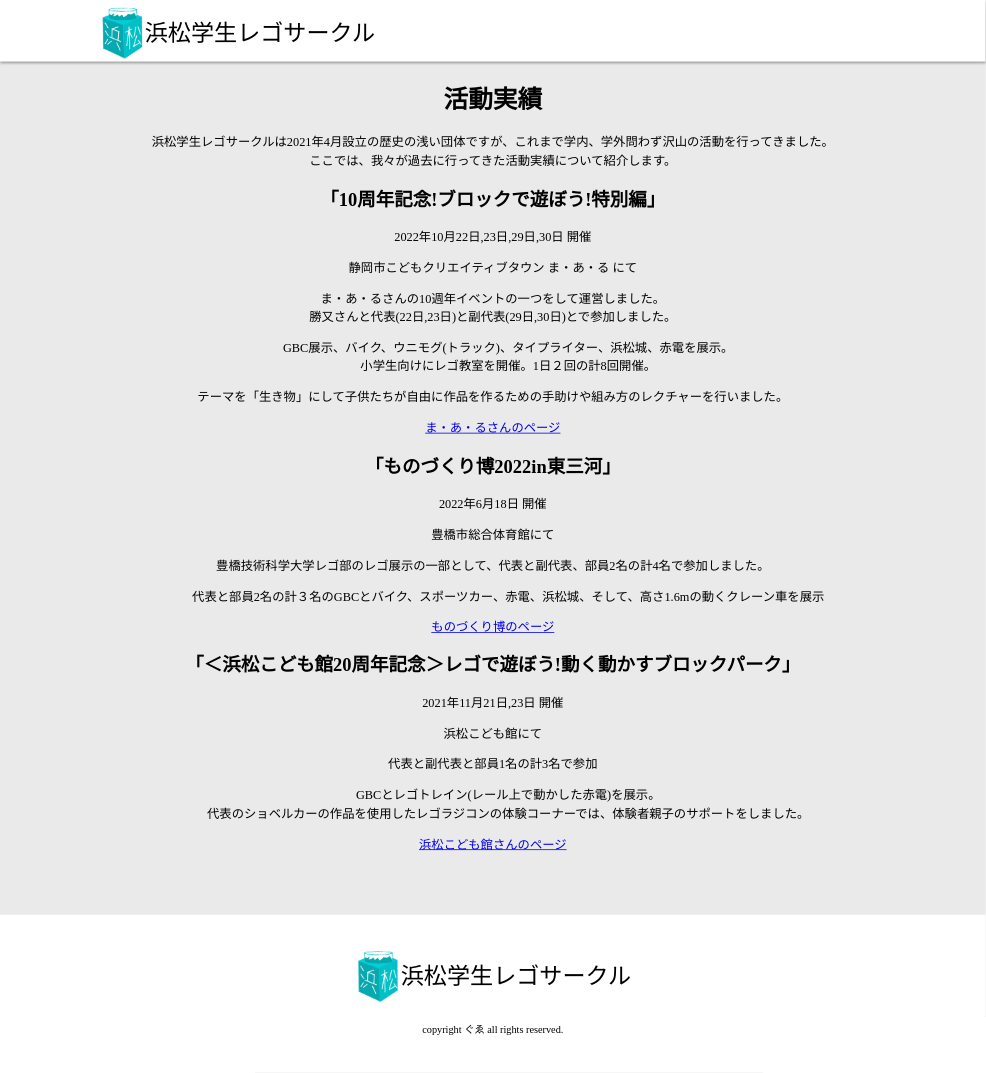
Repository: ghevp/LEGO-club
Page: http://localhost/?page=achievement
The author's editor kept a copy of each file at every save. The page is drawn from the files as they stood at one save, then again after a run of saves.
The browser window is 1280 px wide. The pictures show the whole page, at 77% of full size.
Some web fonts or font styles are not loaded; a fallback is used. The page is run by PHP 8.4 with error messages shown; the project is at /var/www/html/.

Above is the page before, as saved 2022-11-26 23:08:57.

### index.php
<!DOCTYPE html>
<html lang="ja">
<?php
if (isset($_GET['page'])) {
    $page = $_GET['page'];
};
if (isset($page)) {
} else {
    $page = "home";
};
$title = array(
    'home' => "ホーム",
    'about_us' => "弊サークルについて",
    'event' => "イベント",
    'enword' => "英語",
    'policy' => "ポリシー",
    'achievement' => "活動実績",
    'works' => "作品紹介"
);

$c = 0;
$x = 0;
$y = 0;
$t = 0;
?>

<head>
    <script async src="https://pagead2.googlesyndication.com/pagead/js/adsbygoogle.js?client=ca-pub-6911517647778874" crossorigin="anonymous"></script>
    <meta charset="UTF-8">
    <!-- Global site tag (gtag.js) - Google Analytics -->

    </script>
    <meta name="author" content="ぐゑ">
    <meta name="twitter:card" content="summary_large_image">
    <meta name="twitter:site" content="@ghevp">
    <meta property="og:url" content="https://shizudailego.com">
    <meta property="og:title" content="浜松学生レゴサークル">
    <meta name="og:description" content="浜松を中心に活動している学生主体のレゴサークルです！！">
    <<link rel="preconnect" href="https://fonts.googleapis.com">
        <link rel="preconnect" href="https://fonts.gstatic.com" crossorigin>
        <link href="https://fonts.googleapis.com/css2?family=Noto+Serif+JP:wght@500&family=Sawarabi+Gothic&family=Shippori+Mincho+B1:wght@800&family=Yuji+Syuku&display=swap" rel="stylesheet">
        <link rel="icon" href="img/logo.png" type="image/x-icon">
        <meta name="viewport" content="width=device-width,initial-scale=1.0,minimum-scale=1.0">
        <link rel="preconnect" href="https://fonts.googleapis.com">
        <link rel="preconnect" href="https://fonts.gstatic.com" crossorigin>
        <link href="https://fonts.googleapis.com/css2?family=M+PLUS+Rounded+1c&display=swap" rel="stylesheet">
        <meta name="viewport" content="width=device-width,initial-scale=1.0,minimum-scale=1.0">
        <link rel="preconnect" href="https://fonts.googleapis.com">
        <link rel="preconnect" href="https://fonts.gstatic.com" crossorigin>
        <link href="https://fonts.googleapis.com/css2?family=Kosugi&display=swap" rel="stylesheet">
        <link rel="stylesheet" href="css/style.css">
        <!--後でphpのif文の作成-->
        <title>
            <?php
            if (isset($title) == "") {
                echo "浜松学生レゴサークル";
            } else {
                echo "" . $title[$page] . " - 浜松学生レゴサークル";
            }
            ?>
        </title>

<body style="margin: 0;">
    <?php


    include('page/' . $page . ".php");




    ?>
    <header class="header">
        <div class="header_inner">
            <img src="img/logo.png">
            <a href="?page=home">浜松学生レゴサークル</a>
        </div>
    </header>
    <footer class="footer">
        <div class="footer_inner">
            <img src="img/logo.png">
            <a href="?page=home">浜松学生レゴサークル</a>
        </div>
        <div class="copyright">
            <p><small>copyright <a href="https://ghevp.com">ぐゑ</a> all rights reserved.</small><br></p>
        </div>
    </footer>
</body>

### page/achievement.php
<main class="main">
    <div class="achievement">
        <h1>活動実績</h1>
        <p>浜松学生レゴサークルは2021年4月設立の歴史の浅い団体ですが、これまで学内、学外問わず沢山の活動を行ってきました。<br>
            ここでは、我々が過去に行ってきた活動実績について紹介します。</p>
        <div class="one_of_achievement">
            <h2></h2>
            <h2>「10周年記念!ブロックで遊ぼう!特別編」</h2>
            <p class="date">2022年10月22日,23日,29日,30日 開催</p>
            <p>静岡市こどもクリエイティブタウン ま・あ・る にて</p>
            <p>ま・あ・るさんの10週年イベントの一つをして運営しました。<br>
                勝又さんと代表(22日,23日)と副代表(29日,30日)とで参加しました。<br>
            <ul>
                <li>GBC展示、バイク、ウニモグ(トラック)、タイプライター、浜松城、赤電を展示。</li>
                <li>小学生向けにレゴ教室を開催。1日２回の計8回開催。</li>
            </ul>
            テーマを「生き物」にして子供たちが自由に作品を作るための手助けや組み方のレクチャーを行いました。
            </p>
            <a href="https://maaru-ct.jp/report/155443/?s=06">ま・あ・るさんのページ</a>
        </div>
        <div class="one_of_achievement">
            <h2>「ものづくり博2022in東三河」</h2>
            <p class="date">2022年6月18日 開催</p>
            <p>豊橋市総合体育館にて</p>
            <p>豊橋技術科学大学レゴ部のレゴ展示の一部として、代表と副代表、部員2名の計4名で参加しました。<br>
            <ul>
                <li>代表と部員2名の計３名のGBCとバイク、スポーツカー、赤電、浜松城、そして、高さ1.6mの動くクレーン車を展示</li>

            </ul>

            <a href="https://www.honokuni.or.jp/toyohashi/event-info/?Mode=detail&code=554">ものづくり博のページ</a>
            </p>

        </div>
        <div class="one_of_achievement">
            <h2>「＜浜松こども館20周年記念＞レゴで遊ぼう!動く動かすブロックパーク」</h2>
            <p class="date">2021年11月21日,23日 開催</p>
            <p>浜松こども館にて</p>
            <p>代表と副代表と部員1名の計3名で参加<br>
            <ul>
                <li>GBCとレゴトレイン(レール上で動かした赤電)を展示。</li>
                <li>代表のショベルカーの作品を使用したレゴラジコンの体験コーナーでは、体験者親子のサポートをしました。</li>
            </ul>

            <a href="https://kodomokan.entetsuassist-dms.com/event/detail/855?s=06">浜松こども館さんのページ</a>
            </p>

        </div>
    </div>
</main>

### css/style.css
.container {
    padding: 0 2rem;
  }
  .header{
    position: fixed;
    top:0;
    left: 0;
    right: 0;
    height: 80px;
    background-color: white;
    z-index: 20;
    box-shadow: 0 2px 4px gray;
  }
  .policy{
    position: absolute;
    flex:3;
  }

  .policy h1{
    font-family: 'Sawarabi Gothic', sans-serif;
    font-size: 100px;
    color: rgb(255, 255, 255);
    text-shadow: 1px 1px 10px black;
    padding-bottom: 200px;

  }
  @media (min-width: 1500px) {
  .policy h1 {
      font-size: 120px;
    }
  }
  @media (max-width: 1300px) {
    .policy h1 {
        font-size: 80px;
      }
    }
    @media (max-width: 1024px) {
      .policy h1 {
          font-size: 60px;
          padding-bottom: 250px;
        }
      }
      @media (max-width: 800px) {
        .policy h1 {
            font-size: 50px;
            padding-bottom: 350px;
          }
        }
       @media (max-width: 600px) {
          .policy h1 {
              font-size: 40px;
              padding-bottom: 450px;

            }

          }
          @media (max-width: 400px) {
            .policy h1 {
                font-size: 30px;
                padding-bottom: 620px;

              }

            }
            @media (max-width: 300px) {
              .policy h1 {
                  font-size: 30px;
                  padding-bottom: 700px;

                }

              }
 .achievement p{
  text-align: center;
 }
 .achievement{
  text-align: center;
  width: 90%;
 }
 .achievement h1{
  text-align: center;
 }
 .achievement li{
  list-style: none;
 }
  .header_inner{
    padding-left: 10%;
    padding-right: 10%;
    height: 100%;
    position: relative;
    display: flex;

    align-items: center;

  }

  .header img{
    width:60px;
  }

  .header_inner a{
    text-decoration: none;
    color:inherit;
    font-size: 30px;
    font-family: 'Shippori Mincho B1', serif;
  }

  .main h2{
    text-align: center;
  }
  .main p{
    text-align: center;
  }
  .works{
    width: 90%;
    max-width: 1000px;
  }
  .works img{
    border-radius: 30px;
  }

  .header_logo img{
    width: 80px;
    display: block;
  }
  .header_site_menu{

    position: absolute;
    top: 100%;
    right: 0;
    left: 80%;
    color: whitesmoke;
    padding-top: 50px;
    background-color: #0070f3;
    padding-bottom: 100%;
    display: none;

  }
  .site_menu{
    align-items: center;

  }
  .site_menu ul{
    list-style: none;
    font-size: 20px;


  }
  .site_menu li{
    margin-top: 20px;
  }
  .site_menu a{

    color:inherit;
    text-decoration: none;
  }
  .button{
    display: block;
    width: 64px;
    height: 54px;
    background-image: url(https://github.com/ghevp/my-portfolio/blob/main/img/hbm.png?raw=true);
    background-size: 90%;
    background-position: center;
    background-repeat: no-repeat;
    background-color: transparent;
    border-radius:0;
    outline: none;
    border: none;
  }
  .header_site_menu.is-show{
    display: block;
  }
  .tell{
    position:inherit;
    width: 70%;
    max-width: 1000px;
  }
  .tell_include{
    display: flex;
    justify-content: space-between;

    align-items: center;

  }
  .tell_include img{
    width: 100%;
    display: block;
    border-radius: 20px;
    border:5px solid black;

  }

  .tell_include a{
    margin-left: 5%;
    margin-right: 5%;
  }
  .introduce{

  display: block;
   align-items: center;

  }
  .introduce p{
    text-align: center;
  }
  .intro1{

    text-align: center;

  }
  .introduce ul{
    list-style: none;
    display: flex;
    justify-content: space-between;

  }

  .rinks ul{
    list-style: none;
    display: flex;
    justify-content: space-between;

  }
  .rinks a{
    text-align: center;
    font-size: 20px;
    width: 180px;
    height: 40px;
    color: #fafafa;
    border-radius: 15px;
    background-color:black
  }
  .introduce ul li{
    width: 30%;
    margin-left: 6%;
    margin-right: 6%;

  }
  .introduce_before{
    position:static;
    width: 65%;


  }
  .shizudai {
    font-size: 24px;

  }
  .introduce_before h1{
    text-align: center;
  }
  .details{
    text-align: center;

  }
  .details p{
    font-size: 18px;
  }
  .pin-main{
    flex: 2;
    position: relative;
  }
  .pic-main img{
    width: 100%;

  }
  .body{
    display: block;
    margin: 0;
  }
  .slider {
    width: 100%;

  overflow: hidden;
  margin: 0 auto;
   flex:2;

  }
  .slider-item {
    width: 100%;
    float: left;
  }
  img{
    width:100%;
  }
  .slider-inner {
    width: 300%;
    animation: slider 15s infinite ease;
    display: flex;
  }

  @keyframes slider {
    0% {
    transform: translateX(0);
    }
    15% {
    transform: translateX(-33.3%);
    }
    33% {
      transform: translateX(-33.3%);
      }
    48% {
    transform: translateX(-66.6%);
    }
    66% {
      transform: translateX(-66.6%);
      }
    81% {
      transform: translateX(0);
      }
    100% {
    transform: translateX(0);
    }
  }
  .main {
    min-height: 70vh;
    padding: 4rem 0;
    flex: 1;
    display: flex;
    flex-direction: column;
    justify-content: center;
    align-items: center;
    background-color: #eaeaea;
  }
  .chose{
    z-index: 18;
  }
  .chose li{
    list-style: none;
    display: inline-block;
  }
  .chose a{
    text-decoration: none;
    display: flex;
    justify-content: space-between;
    align-items: center;
    margin: 0 auto;
    padding: 1em 2em;
    width: 100px;
    color: #333;
    font-size: 18px;
    font-weight: 700;
    background-color: #cccccc;
    border-radius: 50vh;
    margin-top: 20px;

  }
  .chose a::after {
    content: '';
    width: 5px;
    height: 5px;
    border-top: 3px solid #333333;
    border-right: 3px solid #333333;
    transform: rotate(45deg);
  }

  .chose a:hover {
    text-decoration: none;
    background-color: #bbbbbb;
  }
  .footer {
    display: flex;
    flex-direction: column;
    padding: 2rem 0;
    border-top: 1px solid #eaeaea;
    justify-content: center;
    align-items: center;
    flex-grow: 1;
  }
  .footer img{
    width:60px;
  }
  .footer_inner{
    display:flex;
    align-items: center;
  }
  .footer_inner a{
    font-size: 30px;
    text-decoration: none;
    color: black;
    font-family: 'Shippori Mincho B1', serif;
  }
  .footer a{
    text-decoration: none;
    color: black;
  }


  .title a {
    color: #0070f3;
    text-decoration: none;
  }

  .title a:hover,
  .title a:focus,
  .title a:active {
    text-decoration: underline;
  }

  .title {
    margin: 0;
    margin-top: 80px;
    line-height: 1.15;
    font-size: 4rem;
  }

  .title,
  .description {
    text-align: center;
  }

  .description {
    margin: 4rem 0;
    line-height: 1.5;
    font-size: 1.5rem;
  }

  .code {
    background: #fafafa;
    border-radius: 5px;
    padding: 0.75rem;
    font-size: 1.1rem;
    font-family: Menlo, Monaco, Lucida Console, Liberation Mono, DejaVu Sans Mono,
      Bitstream Vera Sans Mono, Courier New, monospace;
  }

  .grid {
    display: flex;
    align-items: center;
    justify-content: center;
    flex-wrap: wrap;
    max-width: 800px;
  }

  .card {
    margin: 1rem;
    padding: 1.5rem;
    text-align: left;
    color: inherit;
    text-decoration: none;
    border: 1px solid #eaeaea;
    border-radius: 10px;
    transition: color 0.15s ease, border-color 0.15s ease;
    max-width: 300px;
  }

  .card:hover,
  .card:focus,
  .card:active {
    color: #0070f3;
    border-color: #0070f3;
  }

  .card h2 {
    margin: 0 0 1rem 0;
    font-size: 1.5rem;
  }

  .card p {
    margin: 0;
    font-size: 1.25rem;
    line-height: 1.5;
  }

  .logo {
    height: 1em;
    margin-left: 0.5rem;
  }

  @media (max-width: 600px) {
    .grid {
      width: 100%;
      flex-direction: column;
    }
  }

After the next 2 saves:
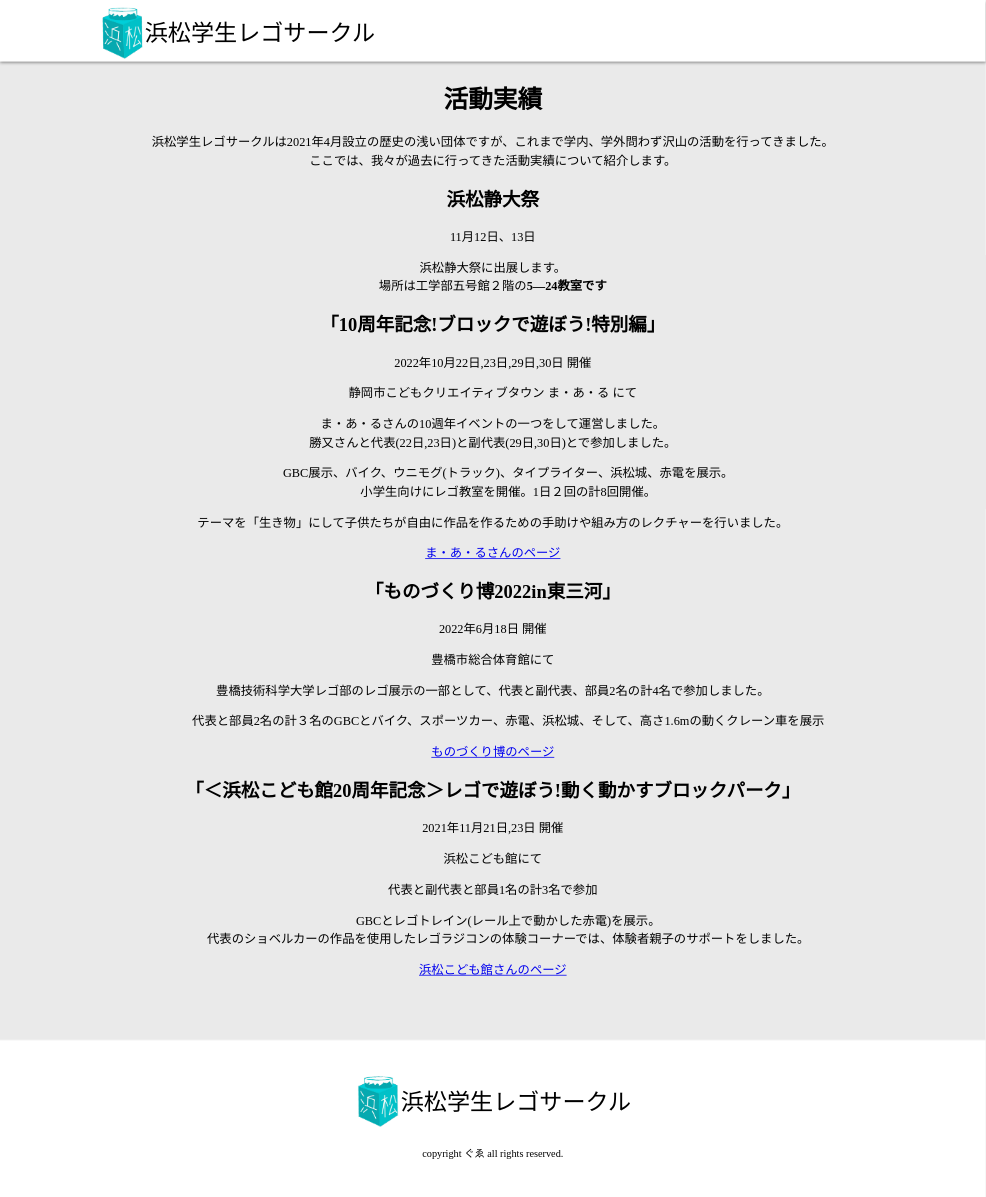
The 2 saves are shown as one change because they came seconds apart.
The last was saved 88 min 18 s later.
--- a/page/achievement.php
+++ b/page/achievement.php
@@ -4,7 +4,10 @@
         <p>浜松学生レゴサークルは2021年4月設立の歴史の浅い団体ですが、これまで学内、学外問わず沢山の活動を行ってきました。<br>
             ここでは、我々が過去に行ってきた活動実績について紹介します。</p>
         <div class="one_of_achievement">
-            <h2></h2>
+            <h2>浜松静大祭</h2>
+            <p class="date">11月12日、13日 </p>
+            <p>浜松静大祭に出展します。<br>
+                場所は工学部五号館２階の<b>5―24教室です</b>
             <h2>「10周年記念!ブロックで遊ぼう!特別編」</h2>
             <p class="date">2022年10月22日,23日,29日,30日 開催</p>
             <p>静岡市こどもクリエイティブタウン ま・あ・る にて</p>
